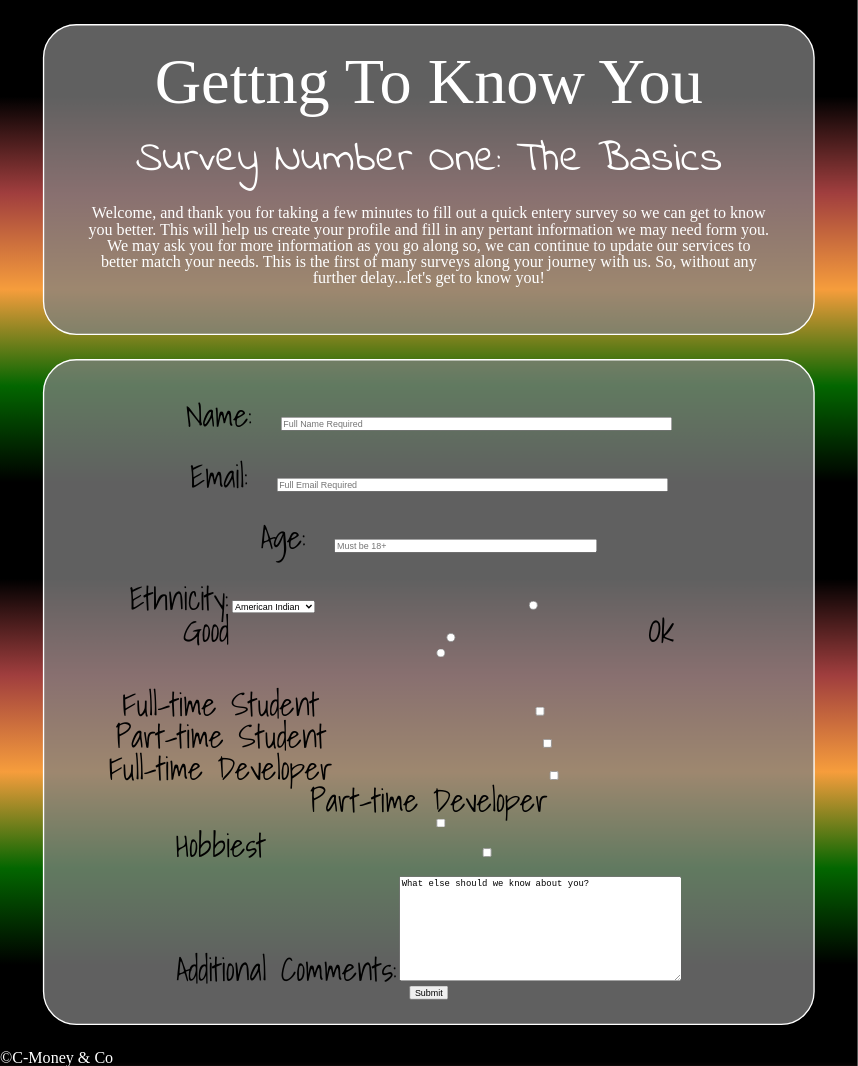
Repository: ctcoleman/surveyForm
Page: index.html
The author's editor kept a copy of each file at every save. The page is drawn from the files as they stood at one save, then again after the next save.
The browser window is 1280 px wide. The pictures show the whole page, at 67% of full size.
Some web fonts or font styles are not loaded; a fallback is used.

Above is the page before, as saved 2020-06-29 11:27:29.

### index.html
<!DOCTYPE html>
<html lang="en">

<!-- Head -->

<head>
  <meta name="description" content="Survey Form Example Project">
  <meta name="author" content="Christopher Coleman">
  <meta name="title" content="Survey Form Project">
  <meta name="keywords" content="Survey, Forms, HTML, CSS, Example, Project" <meta name="viewport"
    content="width=device-width, initial-scale=1.0">
  <meta charset="UTF-8">
  <link rel="stylesheet" type="text/css" href="/assets/stylesheets/index.css">
  <link
    href="https://fonts.googleapis.com/css2?family=Holtwood+One+SC&family=Indie+Flower&family=Shadows+Into+Light&display=swap"
    rel="stylesheet">
  <title>.:Getting to know you:.</title>
</head>

<!-- Body -->

<body>


  <!-- Main Content-->
  <main id="main">

    <!-- Header -->
    <header id="titleHeading" class="heading">
      <h1 id="title">Gettng To Know You</h1>
      <h2>Survey Number One: The Basics</h2>
      <section class="descriptionSection">
        <p id="description">Welcome, and thank you for taking a few minutes to fill out a quick entery survey so we can
          get to know you better. This will help us create your profile and fill in any pertant information we may need
          form you. We may ask you for more information as you go along so, we can continue to update our services to
          better match your needs. This is the first of many surveys along your journey with us. So, without any further
          delay...let's get to know you!</p>
      </section>
    </header>

    <!-- Survey Form -->
    <form id="survey-form" class="formWrapper" action="#" method="post">
      <!-- Name -->
      <div class="formEntery nameEntery">
        <label id="name-label" for="name">Name:</label>
        <input type="text" id="name" name="user_name" placeholder="Full Name Required" required>
      </div>
      <!-- E-Mail -->
      <div class="formEntery emailEntery">
        <label id="email-label" for="email">Email:</label>
        <input type="email" id="email" name="user_email" placeholder="Full Email Required" required>
      </div>
      <!-- Number -->
      <div class="formEntery numberEntery">
        <label id="number-label" for="number">Age:</label>
        <input type="number" id="number" placeholder="Must be 18+" min="18" max="150">
      </div>
      <!-- Dropdown -->
      <div id="dropDownEntery" class="formEntery">
        <label for="dropdown-label">Ethnicity:</label>
        <select type="dropdown" id="dropdown" placeholder="Select from the following" required>
          <option value="americanIndian">American Indian</option>
          <option value="asian">Asian</option>
          <option value="africanAmerican">African American</option>
          <option value="hispanic">Hispanic</option>
          <option value="pacificIslander">Pacific Islander</option>
          <option value="white">White</option>
      </div>
      <!-- Radio Buttons -->
      <div id="radioButtons" class="formEntery radioButtons">

        <label for="radioGreat">Great</label>
        <input class="radio" type="radio" id="radioGreat" name="radio" value="Great">

        <label for="radioGood">Good</label>
        <input class="radio" type="radio" id="radioGood" name="radio" value="Good">

        <label for="radioOk">Ok</label>
        <input class="radio" type="radio" id="radioOk" name="radio" value="Ok">

      </div>

      <div id="checkboxInputs" class="formEntery checkbox">
        <div id="fullTimeStudentCheck">
          <label for="fullTimeStudent">Full-time Student</label>
          <input type="checkbox" id="fullTimeStudent" name="Full-time Student" value="Full-time Student">
        </div>
        <div id="partTimeStudentCheck">
          <label for="partTimeStudent">Part-time Student</label>
          <input type="checkbox" id="partTimeStudent" name="Part-time Student" value="Part-time Student">
        </div>
        <div id="fullTimeDeveloperCheck">
          <label for="fullTimeDev">Full-time Developer</label>
          <input type="checkbox" id="fullTimeDev" name="Full-time Developer" value="Full-time Developer">
        </div>
        <div id="partTimeDeveloperCheck">
          <label for="partTimeDev">Part-time Developer</label>
          <input type="checkbox" id="partTimeDev" name="Part-time Developer" value="Part-time Developer">
        </div>
        <div id="hobbiestCheckbox">
          <label for="hobbiest">Hobbiest</label>
          <input type="checkbox" id="hobbiest" name="Hobbiest" value="hobbiest">
        </div>
      </div>
      <div id="textarea">
        <label for="additionalComments">Additional Comments:</label>
        <textarea id="additionalComments" name="additionalComments" rows="10"
          cols="50">What else should we know about you? </textarea>
      </div>

      <button type="submit" id="submit" form="survey-form" value="Submit">Submit</button>
    </form>


    <!-- Footer -->
    <footer>
      <p>&copy;C-Money & Co</p>
    </footer>
  </main>

  <script src='https://cdn.freecodecamp.org/testable-projects-fcc/v1/bundle.js'></script>
</body>

</html>

### assets/stylesheets/index.css

/*
=== CSS Reset ===
  http://meyerweb.com/eric/tools/css/reset/ ]
  v2.0 | 20110126
  License: none (public domain)
*/

html, body, div, span, applet, object, iframe,
h1, h2, h3, h4, h5, h6, p, blockquote, pre,
a, abbr, acronym, address, big, cite, code,
del, dfn, em, img, ins, kbd, q, s, samp,
small, strike, strong, sub, sup, tt, var,
b, u, i, center,
dl, dt, dd, ol, ul, li,
fieldset, form, label, legend,
table, caption, tbody, tfoot, thead, tr, th, td,
article, aside, canvas, details, embed,
figure, figcaption, footer, header, hgroup,
menu, nav, output, ruby, section, summary,
time, mark, audio, video {
	margin: 0;
	padding: 0;
	border: 0;
	font-size: 62.5%;
	font: inherit;
  vertical-align: baseline;
  box-sizing: border-box;
}
/* HTML5 display-role reset for older browsers */
article, aside, details, figcaption, figure,
footer, header, hgroup, menu, nav, section {
	display: block;
}
body {
	line-height: 1;
}
ol, ul {
	list-style: none;
}
a {
  text-decoration: none;
}
blockquote, q {
	quotes: none;
}
blockquote:before, blockquote:after,
q:before, q:after {
	content: '';
	content: none;
}
table {
	border-collapse: collapse;
	border-spacing: 0;
}
/*
=== Fonts Used ===
font-family: 'Holtwood One SC', serif;
font-family: 'Indie Flower', cursive;
font-family: 'Shadows Into Light', cursive;
/*

=== Basic Styling ===
*/
html {
  background-image: linear-gradient( #000000 20%, #a03e3e 40%, #f69d3c 60%, #036600 80%, #000000 100%);
  height: 100%;
 }

h1 {
  color: white;
  font-family: 'Holtwood One SC', serif;
  font-size: 6rem;
}

h2 {
  color: white;
  font-family: 'Indie Flower', cursive;
  font-size: 4rem;
}

p {
  color: white;
  font-size: 1.5rem;
}

/*
=== Header Styleing ===
*/

header {
  background: rgba(128, 128, 128, 0.75);
  padding: 5vh 5vw;
  margin: 5vh 5vw;
  text-align: center;
  border: 2px solid white;
  border-radius: 50px;
}
#title {
  margin-bottom: 5vh;
}
#description {
  margin: 5vh 0;
}

/*
=== Basic Form Styling ===
*/

#survey-form {
  background: rgba(128, 128, 128, 0.75);
  padding: 5vh 5vw;
  margin: 5vh 5vw;
  text-align: center;
  border: 2px solid white;
  border-radius: 50px;
  display: flex;
  flex-direction: column;
  align-items: center;
}
#survey-form label {
  font-size: 3rem;
  font-family: 'Shadows Into Light', cursive;
}
#survey-form input,
#survey-form textarea,
 {
  font-size: 2rem;
  font-family: 'Indie Flower', cursive;
}
.formEntery {
  width: 75vw;
  margin: 3vh 0;
}
.formEntery input {
  margin-left: 3vw;
  width: 60%;
}
.fromEntery select {

}

/*
=== Age Styling ===
*/
#number {
  width: 40%;
}

/*
=== Ethnicity Radio Button Styling ===
*/



/*
=== Checkbox Styling ===
*/

/*
=== Textarea Styling ===
*/

/*
=== Submit Button Styling ===
*/

After the next save:
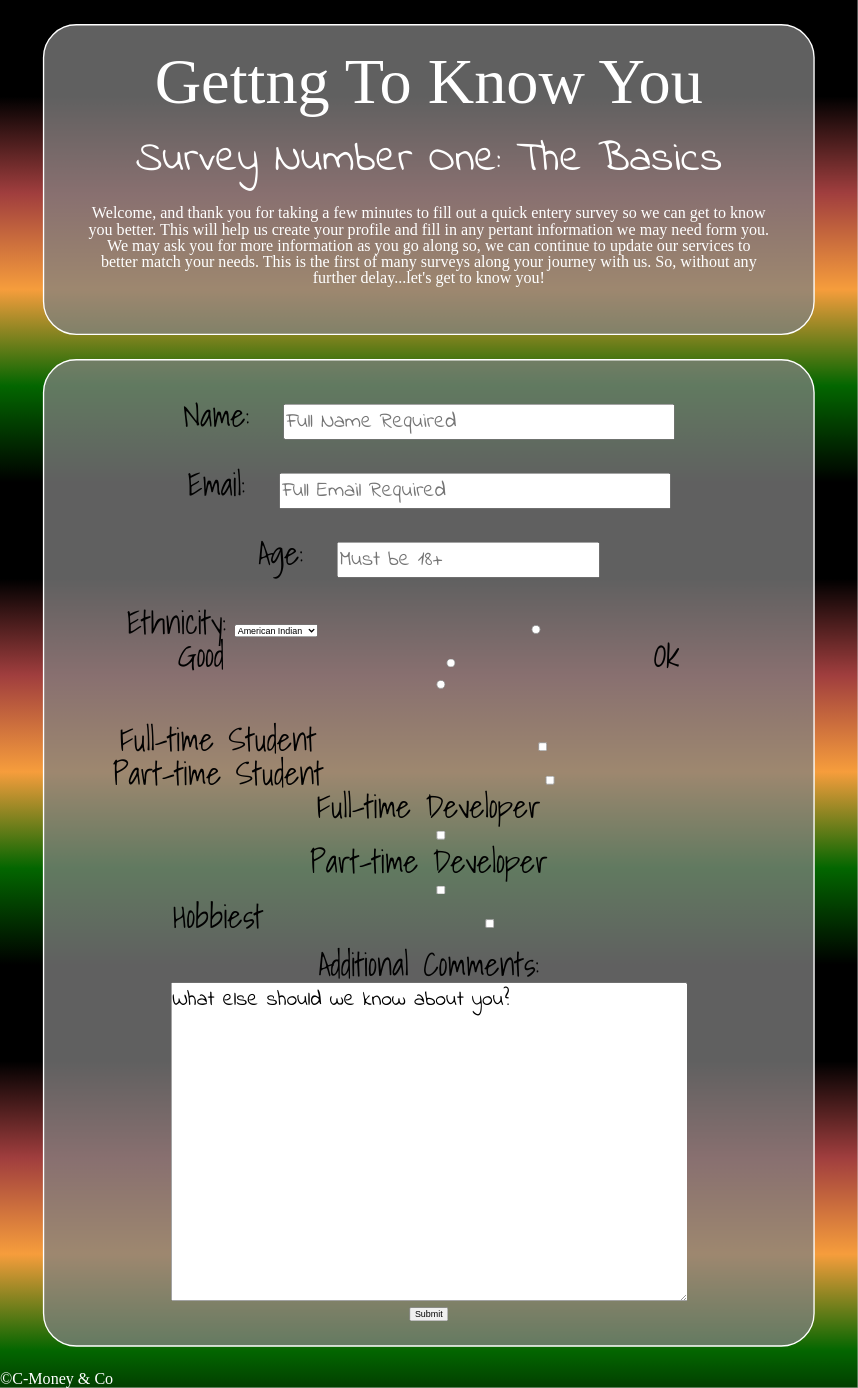
Saved 7 s later.
--- a/assets/stylesheets/index.css
+++ b/assets/stylesheets/index.css
@@ -124,7 +124,7 @@
 }
 #survey-form input,
 #survey-form textarea,
- {
+#survey-form {
   font-size: 2rem;
   font-family: 'Indie Flower', cursive;
 }

After the save that followed:
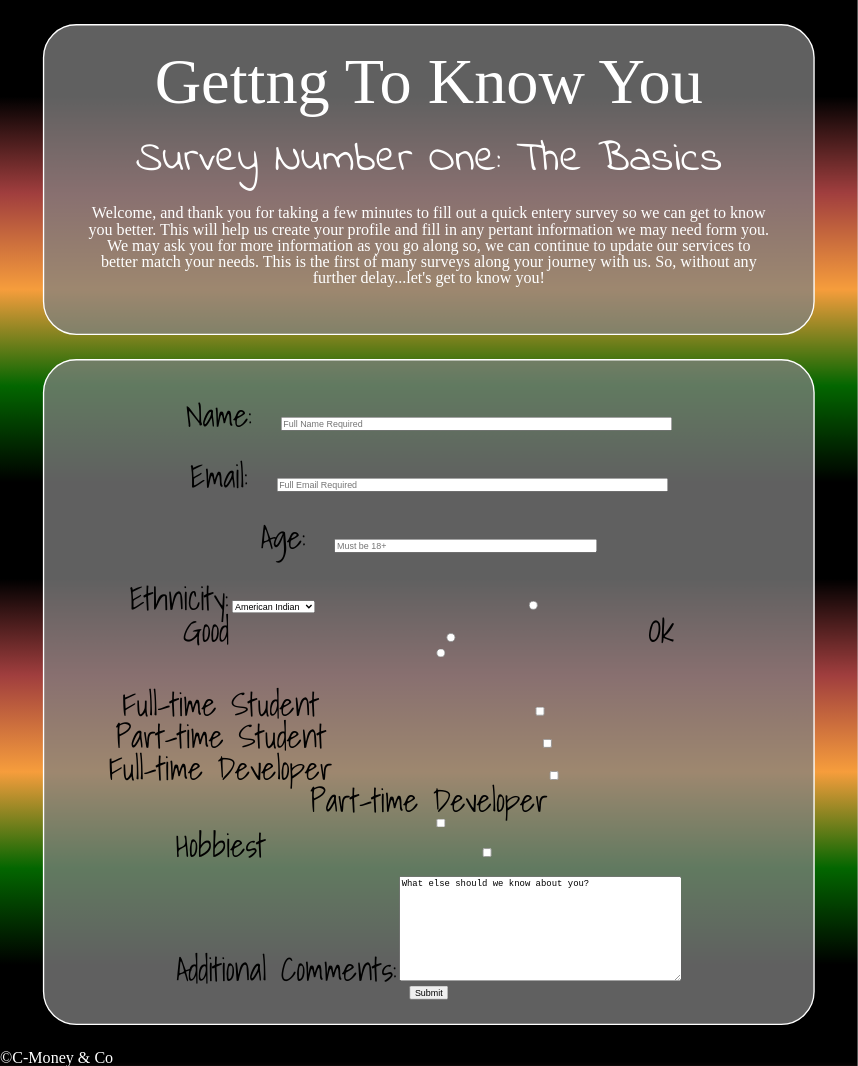
Saved 4 s later.
--- a/assets/stylesheets/index.css
+++ b/assets/stylesheets/index.css
@@ -124,7 +124,8 @@
 }
 #survey-form input,
 #survey-form textarea,
-#survey-form {
+#survey-form select,
+ {
   font-size: 2rem;
   font-family: 'Indie Flower', cursive;
 }
